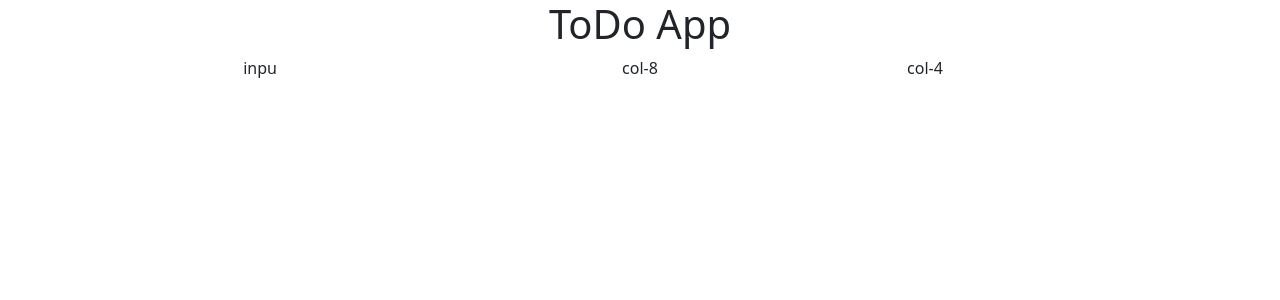
Repository: Mohitkumar1322/ReactTut
Page: / (app in ToDoApp/)
The author's editor kept a copy of each file at every save. The page is drawn from the files as they stood at one save, then again after a run of saves.
The browser window is 1280 px wide. The pictures show the whole page.
The project was rebuilt for these pictures with package versions that can differ from the ones it lists, and the page was loaded fresh each time. Also part of the build but not shown: ToDoApp/vite.config.js.

Above is the page before, as saved 2025-08-24 11:12:28.

After the next 6 saves:
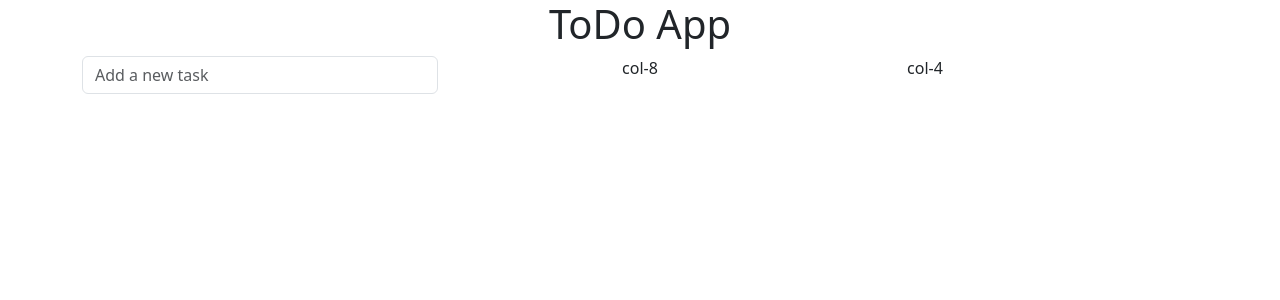
The 6 saves are shown as one change because 2 did not build or start and some came seconds apart.
The last was saved 26 s later.
--- a/ToDoApp/src/App.jsx
+++ b/ToDoApp/src/App.jsx
@@ -6,7 +6,7 @@ function App() {
         <div class="container text-center">
           <div class="row">
             <div class="col-4">
-              inpu
+              <input type ="text" placeholder="Add a new task" class="form-control"/>
             </div>
             <div class="col-4">col-8</div>
             <div class="col-2">col-4</div>
